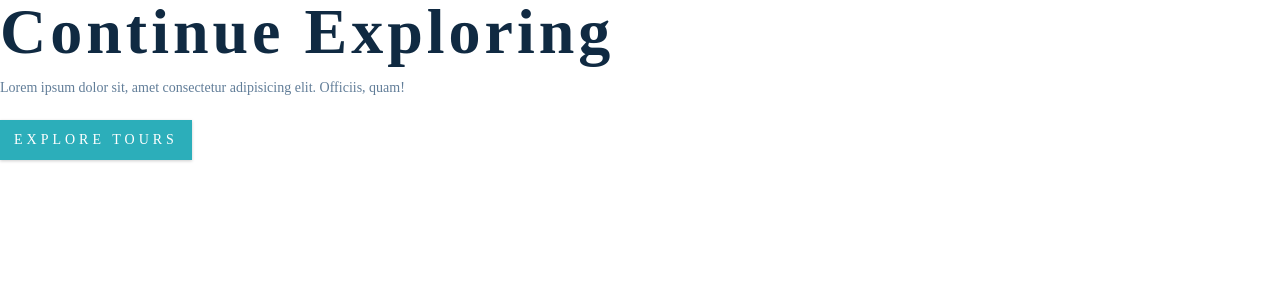
Repository: Ndifoinhilary/flexbox-project
Page: index.html
These files come from the project's save history. The page is drawn as it stood at one moment and after the next save; the edit follows.
The browser window is 1280 px wide. The pictures show the whole page.

Above is the page before, as saved 2024-01-18 13:59:53.

After the next save:
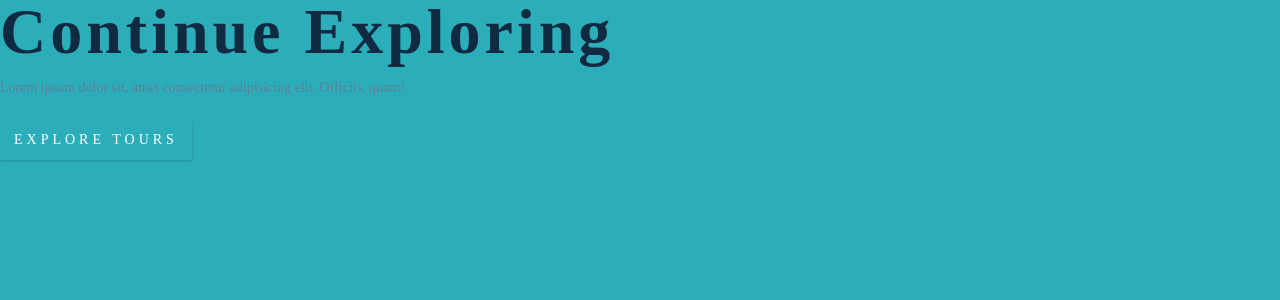
Saved 54 s later.
--- a/css/main.css
+++ b/css/main.css
@@ -144,7 +144,9 @@ btn:hover{
 
 /* hero */
 
-min-height: 100vh;
-
+.hero{
+  min-height: 100vh;
+  background: var(--clr-primary-5);
+}
 
 /* end of hero */
